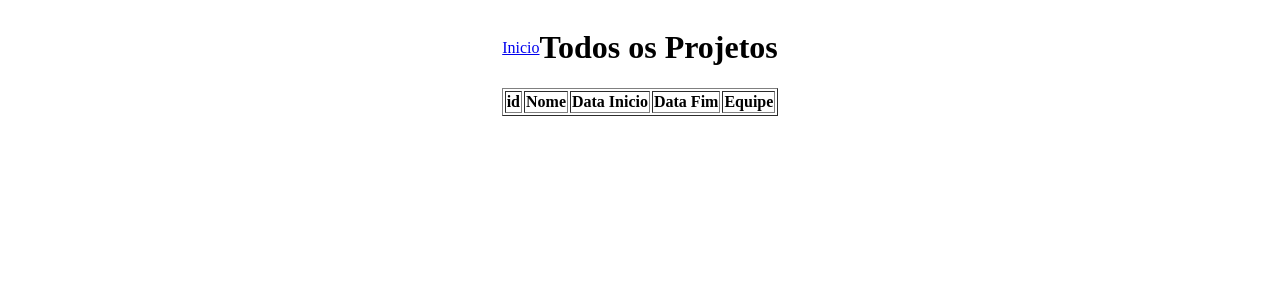
Repository: OmagnetFirel/basico-javaweb
Page: http://localhost/DEVManager/ListarTodosProjetos?np=/read/listarProjetos.jsp
The author's editor kept a copy of each file at every save. The page is drawn from the files as they stood at one save, then again after the next save.
The browser window is 1280 px wide. The pictures show the whole page.
The page is served by Tomcat 9. Other server files are loaded and not shown. Queries for data that is not in the repository find no rows.

Above is the page before, as saved 2023-04-23 18:00:26.

### DEVManager/src/main/webapp/read/listarProjetos.jsp
<%@ page language="java" contentType="text/html; charset=ISO-8859-1"
    pageEncoding="ISO-8859-1"%>
    <%@ taglib uri="http://java.sun.com/jsp/jstl/core" prefix="c" %>
<!DOCTYPE html>
<html>
<head>
<meta charset="ISO-8859-1">
<title>DM - Todos os projetos</title>
</head>
<body  style="display:flex; justify-content:center; align-items:center; flex-direction:column;">
	<div style="display:flex; justify-content:center; align-items:center;">
		<a href="/index.html">Inicio</a>
		<h1>Todos os Projetos</h1>
	</div>

	<table border="1px solid red" style="flex:1">
		<tr>
			<th>id</th>
			<th>Nome</th>
			<th>Data Inicio</th>
			<th>Data Fim</th>
			<th>Equipe</th>
		</tr>

		<c:forEach var="projeto" items="${projetos}">
			<tr>
				<td>
					${projeto.id}
				</td>
				<td>
					${projeto.nome}
				</td>
				<td>
					${projeto.dataInicio}
				</td>
				<td>
					${projeto.dataFim}
				</td>
				<td>
					${projeto.equipe.nome}
				</td>
			</tr>
		</c:forEach>


	</table>
</body>
</html>

### DEVManager/src/main/java/br/devmanager/controller/ListarTodosProjetos.java
package br.devmanager.controller;

import java.io.IOException;
import java.sql.SQLException;
import java.util.List;

import javax.servlet.RequestDispatcher;
import javax.servlet.ServletException;
import javax.servlet.annotation.WebServlet;
import javax.servlet.http.HttpServlet;
import javax.servlet.http.HttpServletRequest;
import javax.servlet.http.HttpServletResponse;

import br.devmanager.dao.ProjetoDao;
import br.devmanager.model.Projeto;


@WebServlet("/ListarTodosProjetos")
public class ListarTodosProjetos extends HttpServlet {
	private static final long serialVersionUID = 1L;

    public ListarTodosProjetos() {
        super();
    }


	protected void doGet(HttpServletRequest request, HttpServletResponse response) throws ServletException, IOException {
		ProjetoDao pjDAO = new ProjetoDao();
		List<Projeto> projetos = null;
		try {
			projetos = pjDAO.buscarTodos();
		} catch (SQLException e) {
			e.printStackTrace();
		}

		String np = request.getParameter("np");
		request.setAttribute("projetos", projetos);
		RequestDispatcher rd = request.getRequestDispatcher(np);
		rd.forward(request, response);
	}


	protected void doPost(HttpServletRequest request, HttpServletResponse response) throws ServletException, IOException {
		doGet(request, response);
	}

}

### DEVManager/src/main/java/br/devmanager/dao/ProjetoDao.java
package br.devmanager.dao;
import java.util.List;
import java.util.ArrayList;
import java.sql.Connection;
import java.sql.PreparedStatement;
import java.sql.ResultSet;
import java.sql.SQLException;

import br.devmanager.model.Projeto;

public class ProjetoDao {
	private Connection con = null;

	public ProjetoDao() {
		con = ConnectionFactory.getConnection();
	}

	public void adicionar(Projeto projeto) throws SQLException {
		String sql = "insert into projeto(nome, data_inicio, data_fim, equipe_id) values (?,?,?,?)";
		PreparedStatement stmt = con.prepareStatement(sql);

		java.sql.Date data_inicio_Convertida = null;
		try {
			data_inicio_Convertida = new java.sql.Date(projeto.getDataInicio().getTime());
		}catch (Exception e) {
			// TODO: handle exception
		}

		java.sql.Date data_fim_Convertida = null;
		try {
			data_fim_Convertida = new java.sql.Date(projeto.getDataFim().getTime());
		}catch (Exception e) {
			// TODO: handle exception
		}
		stmt.setString(1, projeto.getNome());
		stmt.setDate(2, data_inicio_Convertida);
		stmt.setDate(3, data_fim_Convertida);
		stmt.setInt(4, projeto.getEquipe().getId());

		stmt.execute();
		stmt.close();
		con.close();
	}

	public Projeto buscarUm(int id) throws SQLException{

		String sql = "select id, nome, data_inicio, data_fim, equipe_id from projeto where id=?";
		PreparedStatement stmt = con.prepareStatement(sql);
		stmt.setInt(1, id);
		ResultSet rs = stmt.executeQuery();

		Projeto projeto = null;

		if(rs.next()) {
			try {
				EquipeDao equipeDao = new EquipeDao();


				projeto = new Projeto(
						rs.getInt("id"),
						rs.getString("nome"),
						rs.getDate("data_inicio"),
						rs.getDate("data_fim"),
						equipeDao.buscarUm(rs.getInt("equipeId"))
						);
			}catch (Exception e) {
				System.out.println("Error: " + e);
			}
		} else {
			System.out.println("Não foi encontrado nem um proje com o id: " + id);
		}
		stmt.close();
		con.close();

		return projeto;

	}

	public List<Projeto> buscarTodos() throws SQLException {
		String sql = "select id, nome, data_inicio, data_fim, equipe_id from projeto";
		PreparedStatement stmt = con.prepareStatement(sql);
		ResultSet rs = stmt.executeQuery();

		List<Projeto> projetos = new ArrayList<Projeto>();
		while(rs.next()) {
			EquipeDao equipeDao = new EquipeDao();

			Projeto projeto = new Projeto(
					rs.getInt("id"),
					rs.getString("nome"),
					rs.getDate("data_inicio"),
					rs.getDate("data_fim"),
					equipeDao.buscarUm(rs.getInt("equipe_id"))
					);

			projetos.add(projeto);
		}

		return projetos;
	}
}

### DEVManager/src/main/java/br/devmanager/dao/ConnectionFactory.java
package br.devmanager.dao;

import java.sql.Connection;
import java.sql.DriverManager;
import java.sql.SQLException;

public class ConnectionFactory {

	public static Connection getConnection() {

		try {
			Class.forName("com.mysql.cj.jdbc.Driver");
		} catch (ClassNotFoundException e1) {
			// TODO Auto-generated catch block
			e1.printStackTrace();
		}


		try {
			return DriverManager.getConnection("jdbc:mysql://localhost:3306/db_star"
					,"root",
					"");
		} catch (SQLException e) {
			System.out.println("trolei aqui");
			e.printStackTrace();
		}
		return null;
	}
}

After the next save:
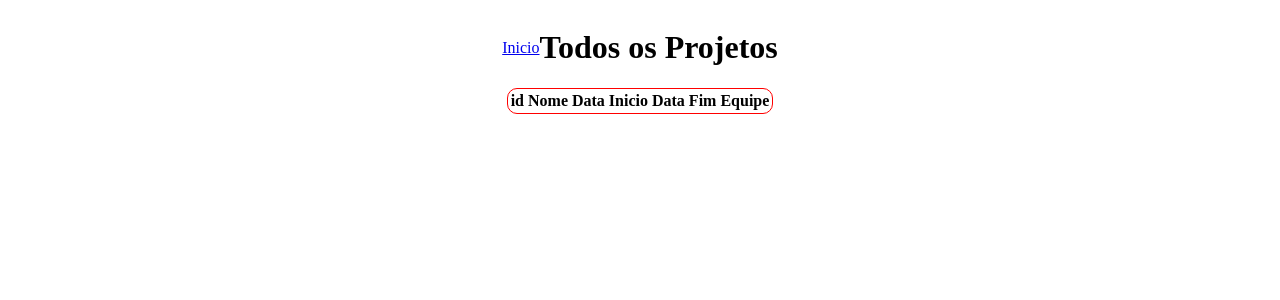
Saved 27 s later.
--- a/DEVManager/src/main/webapp/read/listarProjetos.jsp
+++ b/DEVManager/src/main/webapp/read/listarProjetos.jsp
@@ -13,7 +13,7 @@
 		<h1>Todos os Projetos</h1>
 	</div>
 
-	<table border="1px solid red" style="flex:1">
+	<table  style="flex:1; border: 1px solid red; border-radius: 10px">
 		<tr>
 			<th>id</th>
 			<th>Nome</th>

After the 2 saves that followed:
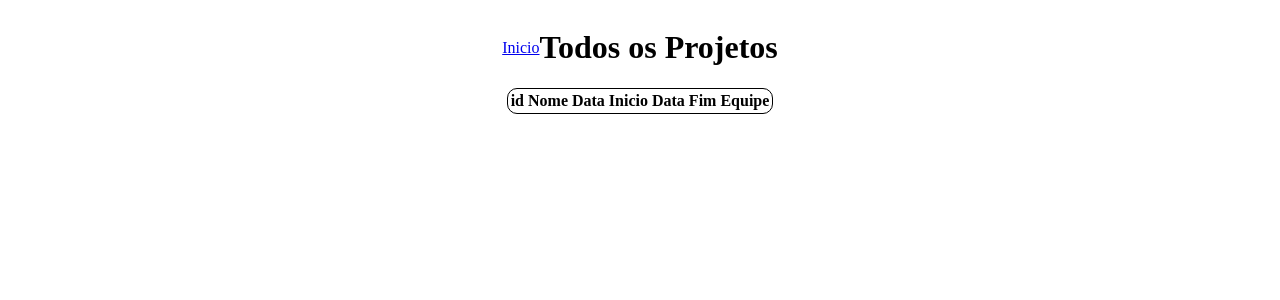
The 2 saves are shown as one change because 1 left the picture as it was.
The last was saved 68 s later.
--- a/DEVManager/src/main/webapp/read/listarProjetos.jsp
+++ b/DEVManager/src/main/webapp/read/listarProjetos.jsp
@@ -13,7 +13,7 @@
 		<h1>Todos os Projetos</h1>
 	</div>
 
-	<table  style="flex:1; border: 1px solid red; border-radius: 10px">
+	<table  style="flex:1; border: 1px solid black; border-radius: 10px;">
 		<tr>
 			<th>id</th>
 			<th>Nome</th>
